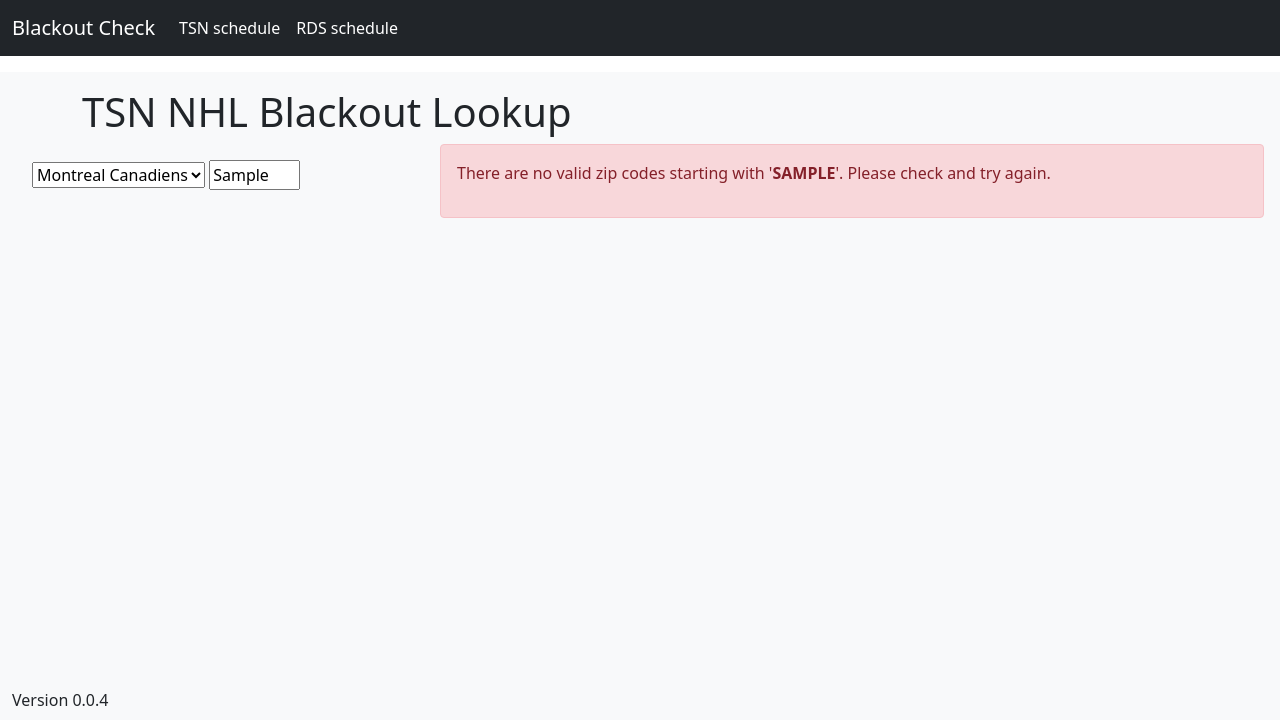
Repository: teban004/blackoutCheck
Page: index.html
The author's editor kept a copy of each file at every save. The page is drawn from the files as they stood at one save, then again after the next save.
The browser window is 1280 px wide. The pictures show the whole page.
Empty fields were first filled with sample values (such as "Sample", 5 or name@example.com).
After loading, the first visible `#zipCode` was changed once.

Above is the page before, as saved 2022-01-14 16:02:01.

After the next save:
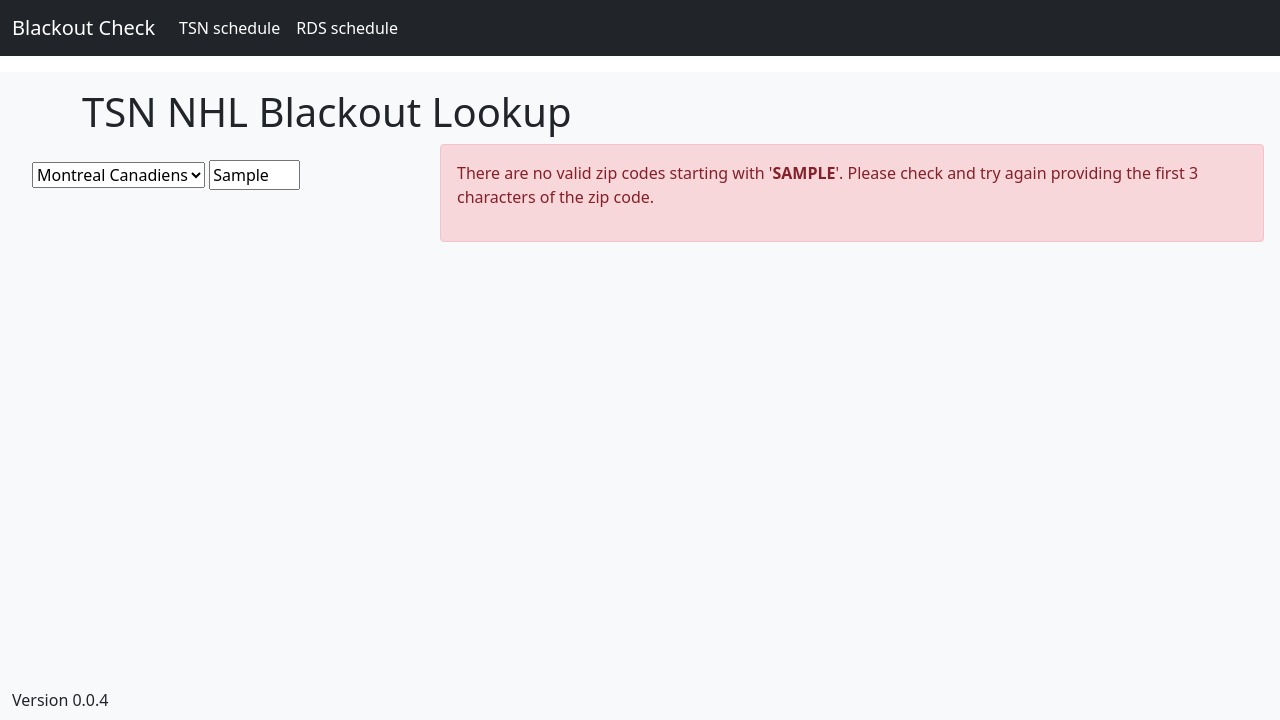
Saved 46 s later.
--- a/Scripts/app.js
+++ b/Scripts/app.js
@@ -100,7 +100,7 @@
 			}
 			else {
 				result.className = "alert alert-danger";
-				result.innerHTML = "<p>There are no valid zip codes starting with '<b>" + zipCode + "</b>'. Please check and try again.</p>";
+				result.innerHTML = "<p>There are no valid zip codes starting with '<b>" + zipCode + "</b>'. Please check and try again providing the first 3 characters of the zip code.</p>";
 			}
 		}; // end of checkBlackout
 
